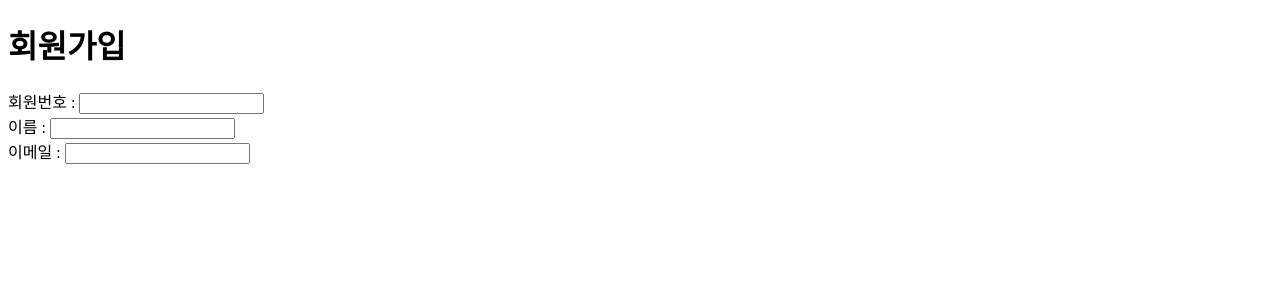
Repository: khkyungnan/Servlet-JSP-Workspace
Page: http://localhost/join/register.jsp
An editor plug-in stored every save of this project. The page is shown before and after the next save, followed by the edit.
The browser window is 1280 px wide. The pictures show the whole page.
The page is served by Tomcat 9.

Above is the page before, as saved 2023-11-07 01:39:16.

After the next save:
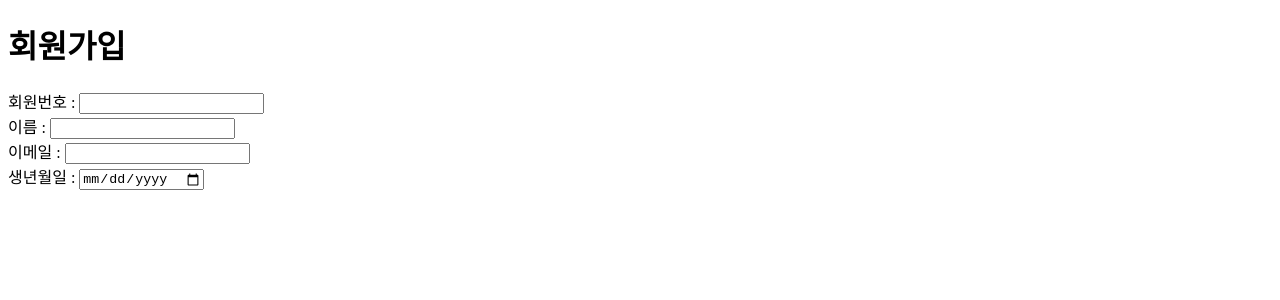
Saved 66 s later.
--- a/join/src/main/webapp/register.jsp
+++ b/join/src/main/webapp/register.jsp
@@ -19,6 +19,10 @@
 	<label for="memail">이메일 : </label>
 	<input type="email" id="memail" name="memail" required><br>
 
+	<label for="mbirth">생년월일 : </label>
+	<input type="date" id="mbirth" name="mbirth" required><br>
+
+
 </form>
 </body>
 </html>
